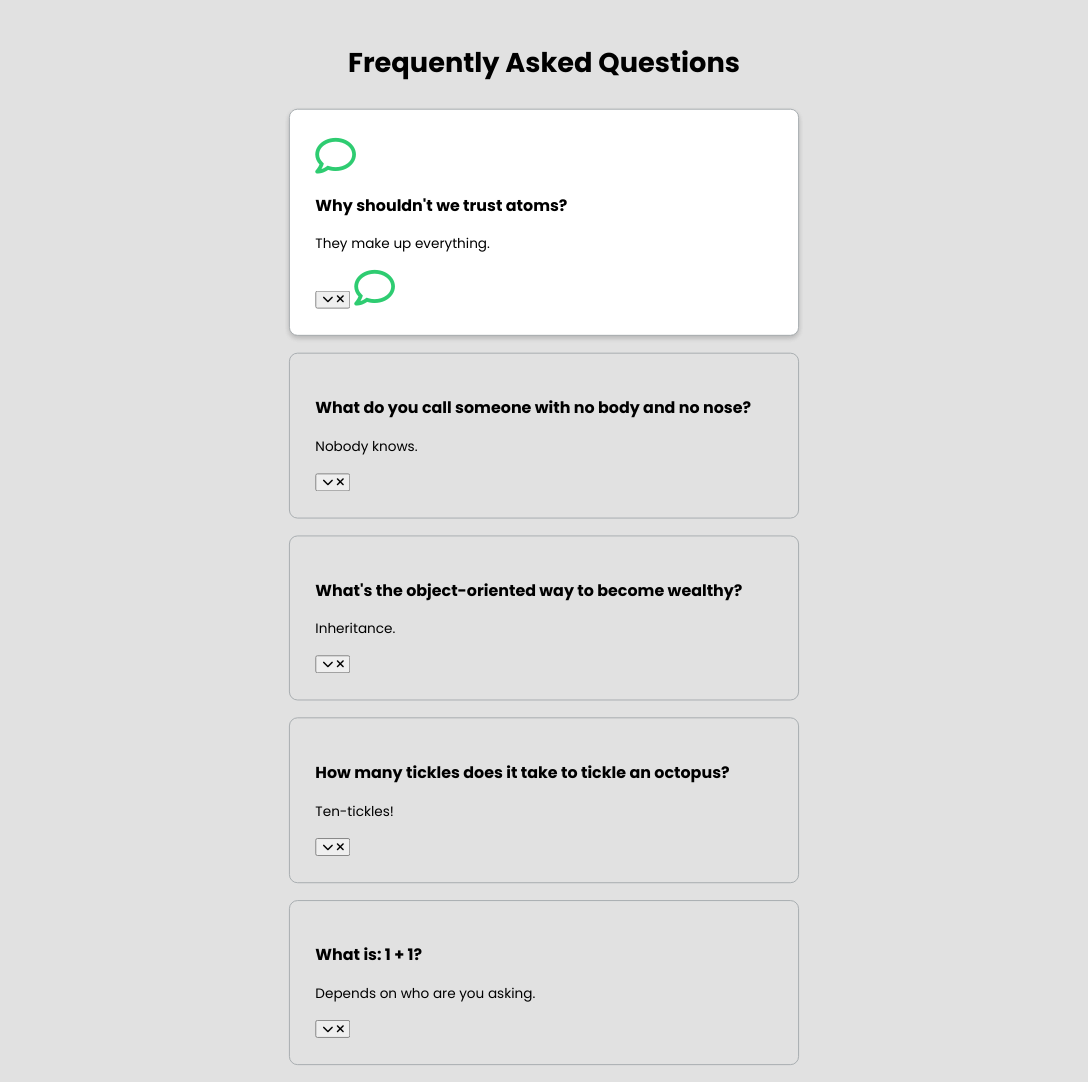
Repository: huynhvanngoan/50projectsin50days
Page: Day12/index.html
These files come from the project's save history. The page is drawn as it stood at one moment and after a run of saves; the edit follows.
The browser window is 1280 px wide. The pictures show the whole page, at 85% of full size.

Above is the page before, as saved 2022-11-14 23:09:19.

### Day12/index.html
<!DOCTYPE html>
<html lang="en">
<head>
    <meta charset="UTF-8">
    <meta http-equiv="X-UA-Compatible" content="IE=edge">
    <meta name="viewport" content="width=device-width, initial-scale=1.0">
    <title>Day 12 - FAQ Collapse</title>
    <link rel="stylesheet" href="https://cdnjs.cloudflare.com/ajax/libs/font-awesome/6.2.0/css/all.min.css"
        integrity="sha512-xh6O/CkQoPOWDdYTDqeRdPCVd1SpvCA9XXcUnZS2FmJNp1coAFzvtCN9BmamE+4aHK8yyUHUSCcJHgXloTyT2A=="
        crossorigin="anonymous" referrerpolicy="no-referrer" />
    <link rel="stylesheet" href="style.css">
</head>
<body>
    <h1>Frequently Asked Questions</h1>
    <div class="faq-container">
        <div class="faq active">
            <h3 class="faq-title">
                Why shouldn't we trust atoms?
            </h3>
            <p class="faq-text">
                They make up everything.
            </p>
            <button class = "faq-toggle">
                <i class="fas fa-chevron-down"></i>
                <i class="fas fa-times"></i>
            </button>
        </div>
        <div class="faq ">
            <h3 class="faq-title">
                What do you call someone with no body and no nose?
            </h3>
            <p class="faq-text">
                Nobody knows.
            </p>
            <button class = "faq-toggle">
                <i class="fas fa-chevron-down"></i>
                <i class="fas fa-times"></i>
            </button>
        </div>
        <div class="faq ">
            <h3 class="faq-title">
                What's the object-oriented way to become wealthy?
            </h3>
            <p class="faq-text">
                Inheritance.
            </p>
            <button class = "faq-toggle">
                <i class="fas fa-chevron-down"></i>
                <i class="fas fa-times"></i>
            </button>
        </div>
        <div class="faq ">
            <h3 class="faq-title">
                How many tickles does it take to tickle an octopus?
            </h3>
            <p class="faq-text">
                Ten-tickles!
            </p>
            <button class = "faq-toggle">
                <i class="fas fa-chevron-down"></i>
                <i class="fas fa-times"></i>
            </button>
        </div>
        <div class="faq ">
            <h3 class="faq-title">
                What is: 1 + 1?
            </h3>
            <p class="faq-text">
                Depends on who are you asking.
            </p>
            <button class = "faq-toggle">
                <i class="fas fa-chevron-down"></i>
                <i class="fas fa-times"></i>
            </button>
        </div>
    </div>
    <script src="script.js"></script>
</body>
</html>

### Day12/style.css
@import url('https://fonts.googleapis.com/css2?family=Poppins:wght@300;400;500;600;700&display=swap');
* {
    box-sizing: border-box;
}

body {
    font-family: 'Poppins', sans-serif;
    background-color: #e1e1e1;
}

h1{
    margin: 50px 0 30px;
    text-align: center;
}
.faq-container {
    max-width: 600px;
    margin: 0 auto;
}
.faq {
    background-color: transparent;
    border: 1px solid #9fa4a8;
    border-radius: 10px;
    margin: 20px 0;
    padding: 30px;
    position: relative;
    overflow: hidden;
    transition: 0.3s ease;
}
.faq.active {
    background-color: #fff;
    box-shadow: 0 3px 6px rgba(0, 0, 0, 0.1), 0 3px 6px rgba(0, 0, 0, 0.1);
}

.faq.active::before,
.faq.active::after {
    content: '\f075';
    font-family: 'Font Awesome 6 Free';
    color: #2ecc71;
    font-size: 3rem;
}

Loaded but not shown: Day12/script.js (no copy from this time; the picture is the same without it)

After the next 4 saves:
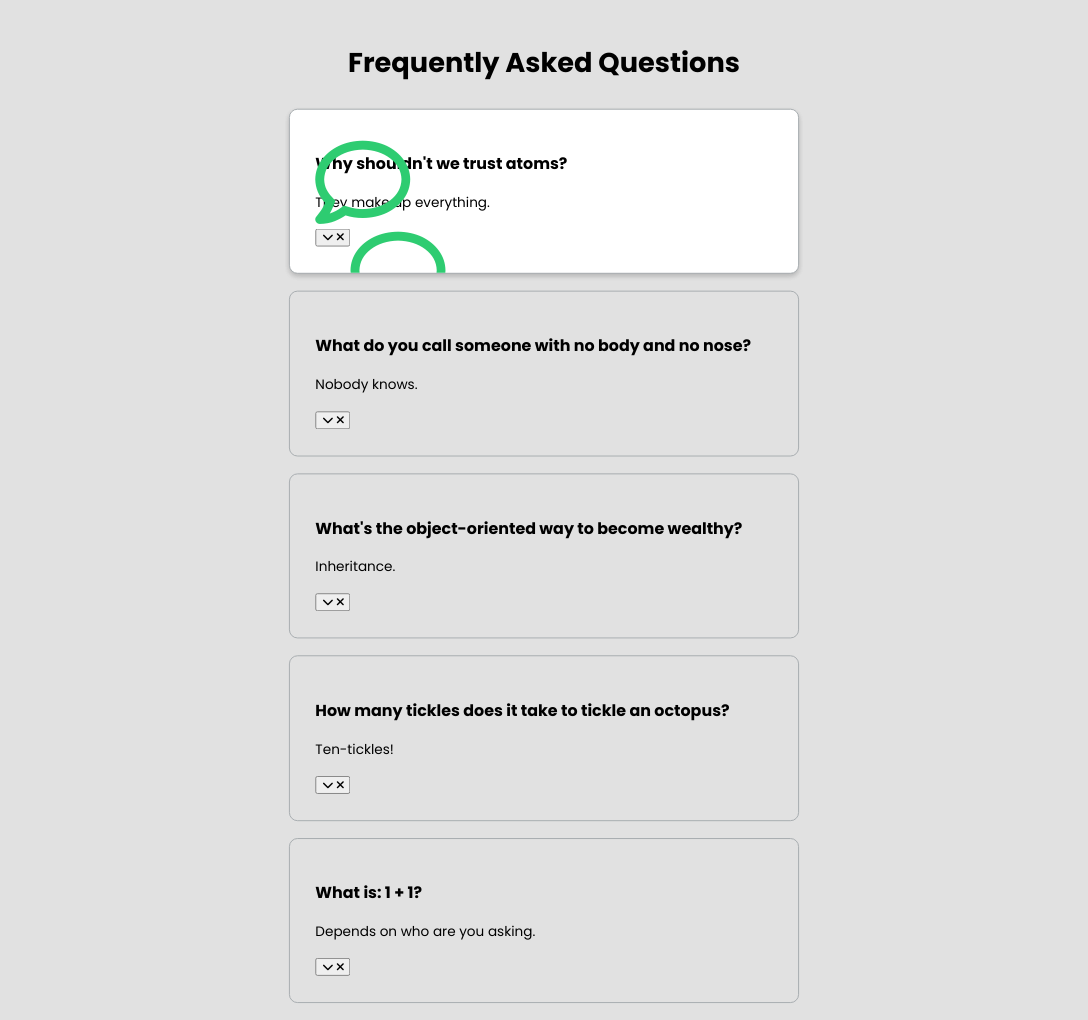
The 4 saves are shown as one change because they came seconds apart.
The last was saved 16 s later.
--- a/Day12/style.css
+++ b/Day12/style.css
@@ -36,5 +36,6 @@ h1{
     content: '\f075';
     font-family: 'Font Awesome 6 Free';
     color: #2ecc71;
-    font-size: 3rem;
+    font-size: 7rem;
+    position: absolute;
 }
